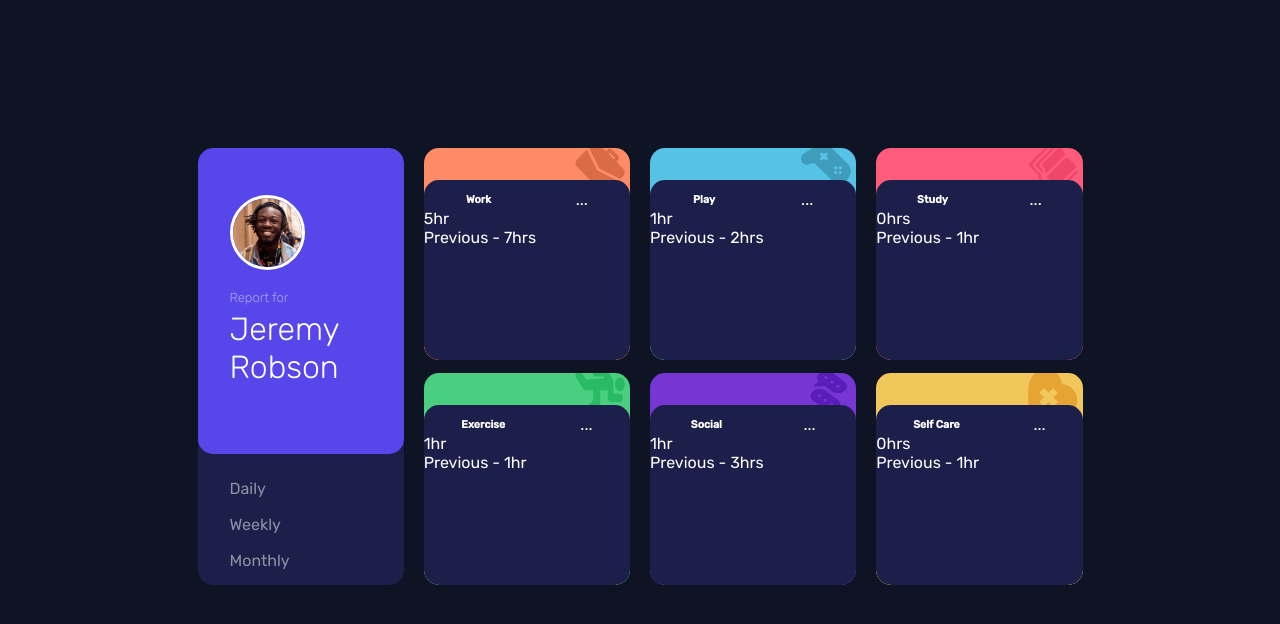
Repository: 3mr-5aled/time-tracking-dashboard-Junior
Page: index.html
The author's editor kept a copy of each file at every save. The page is drawn from the files as they stood at one save, then again after the next save.
The browser window is 1280 px wide. The pictures show the whole page.

Above is the page before, as saved 2022-12-27 21:04:56.

After the next save:
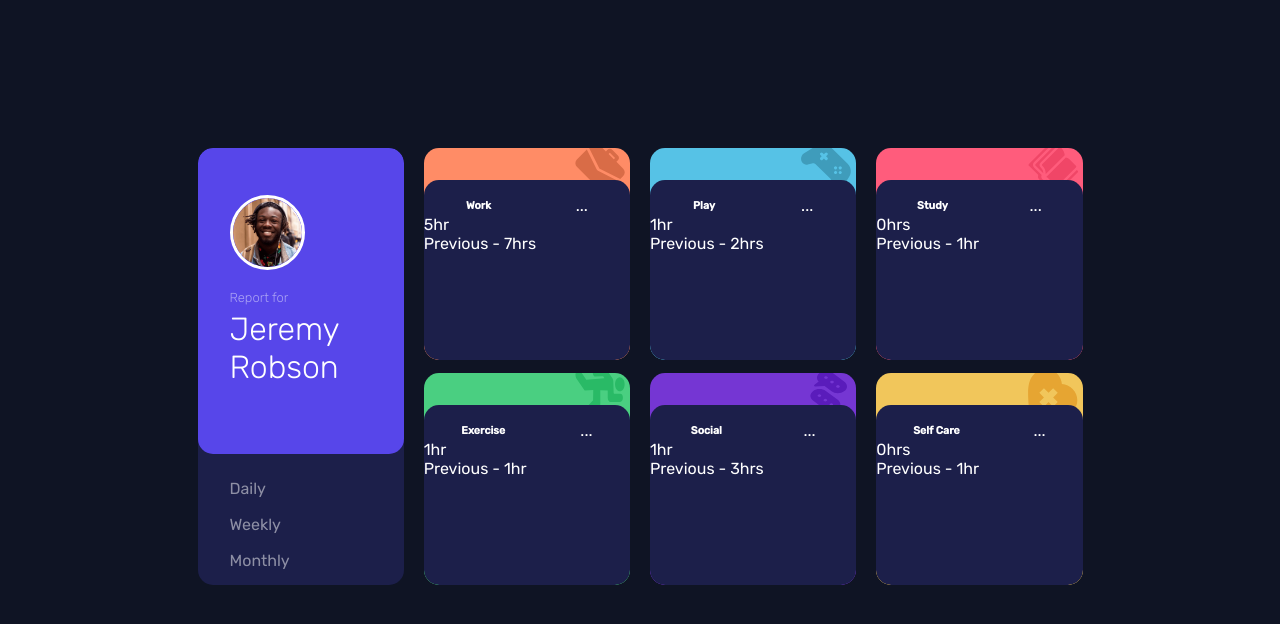
Saved 8 s later.
--- a/style.css
+++ b/style.css
@@ -142,7 +142,7 @@ body {
   flex-direction: row;
   justify-content: space-around;
   align-items: center;
-  margin-top: 10px;
+  margin-top: 1rem;
 }
 .optionmenu {
   float: right;
